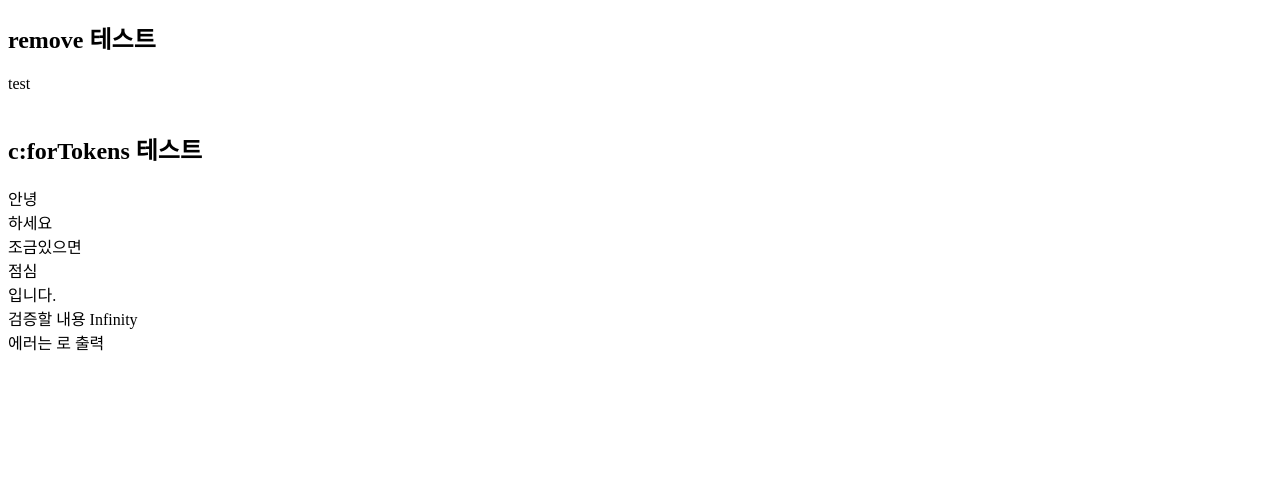
Repository: huntingforheat/JavaProject
Page: http://localhost/myweb/jstl/jstl_etc2.jsp
These files come from the project's save history. The page is drawn as it stood at one moment and after the next save; the edit follows.
The browser window is 1280 px wide. The pictures show the whole page.
The page is served by Tomcat 9.

Above is the page before, as saved 2024-04-17 04:04:19.

After the next save:
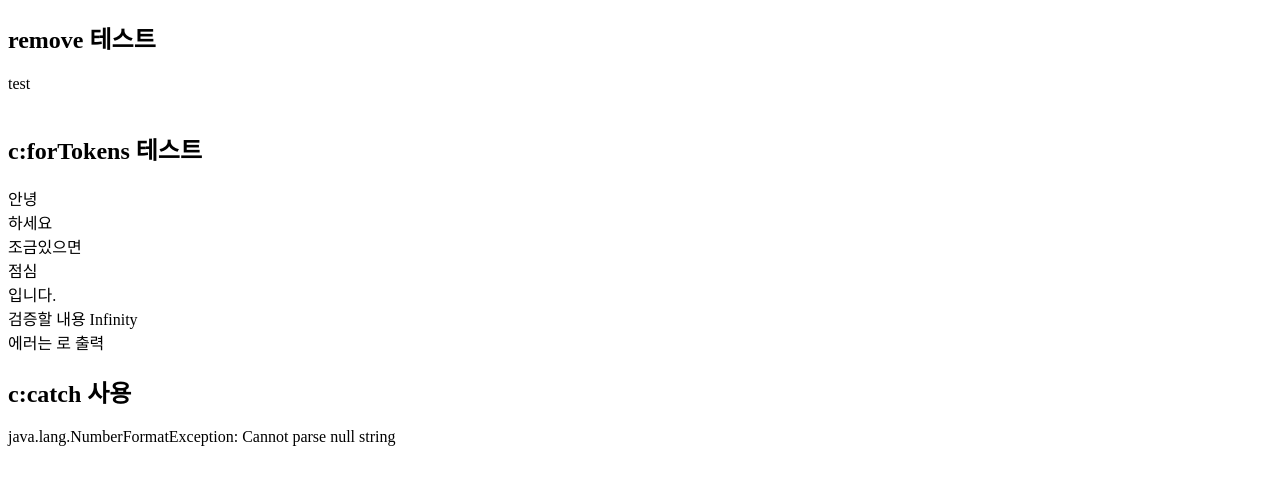
Saved 3 min 8 s later.
--- a/myweb/src/main/webapp/jstl/jstl_etc2.jsp
+++ b/myweb/src/main/webapp/jstl/jstl_etc2.jsp
@@ -24,5 +24,13 @@
 		 </c:catch>
 		 에러는 ${abc }로 출력
 
+		 <h2> c:catch 사용</h2>
+		 <c:catch var = "test">
+		 	<%
+		 		String s = null;
+		 		Integer.parseInt(s);
+		 	%>
+		 </c:catch>
+		 	${test }<br>
 	</body>
 </html>
